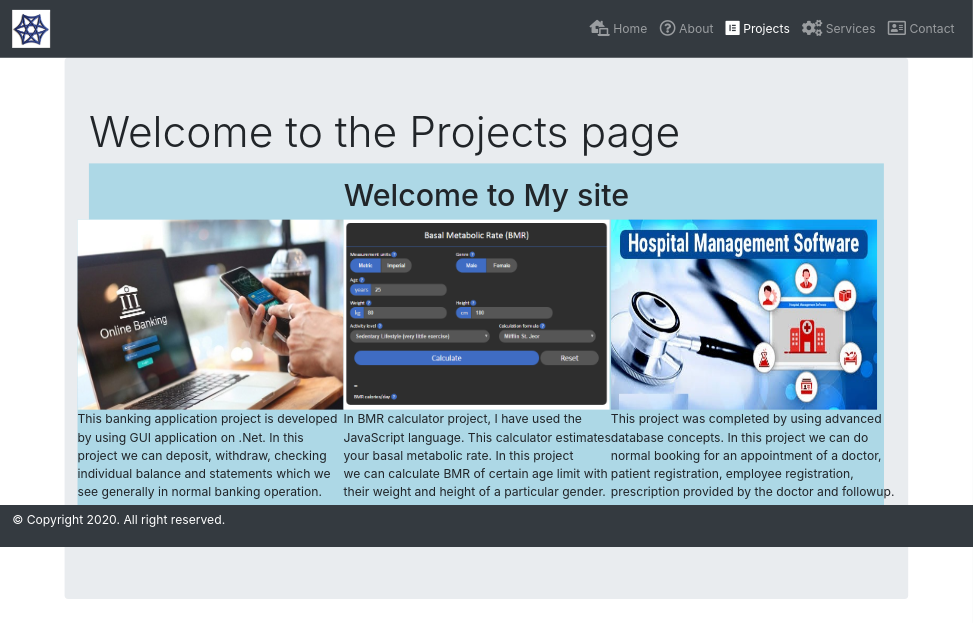
Repository: laxmangothe2020/COMP229Assignment
Page: http://localhost/projects
An editor plug-in stored every save of this project. The page is shown before and after the next save, followed by the edit.
The browser window is 1280 px wide. The pictures show the whole page, at 76% of full size.
The page is served by the project's Node server (server.js). Other server files are loaded and not shown.

Above is the page before, as saved 2021-02-11 18:25:35.

### views/index.ejs

<%- include partials/header.ejs %>

   <%- include partials/main_nav.ejs %>

      <!-- Main Contain -->
   <main class="container">
    <div class="jumbotron">
    <h1 class="display-4"> Welcome to the <%= title %> page </h1>
    <!--Using Switch case all infornation passed through here-->
      <% switch (title) {
        case 'Home' : %>
        <%- include partials/home.ejs %>
                <% break;

        case 'About' : %>
        <%- include partials/about.ejs %>
                <% break;

        case 'Projects' : %>
        <%- include partials/projects.ejs %>
                <% break;

        case 'Services' : %>
        <%- include partials/services.ejs %>
                <% break;

        case 'Contact' : %>
        <%- include partials/contact.ejs %>
              <% break;
       } %>
      <hr class="my-4">
    </div>
  </main>

   <%- include partials/bottom_nav.ejs %>


    <%- include partials/footer.ejs %>

### views/partials/header.ejs

<!DOCTYPE html>
<html lang="en">
  <head>
   <meta charset="UTF-8">
   <meta name="viewport" content="with=device-width, initial-scale=1.0">
    <title><%= title %></title>

  <!-- CSS Section-->
  <link rel="stylesheet" href="/bootstrap/dist/css/bootstrap.min.css">
  <link rel="stylesheet" href="/@fortawesome/fontawesome-free/css/all.min.css">
  <link rel='stylesheet' href='/Content/app.css'/>

</head>
<body>

### views/partials/main_nav.ejs
<!-- Main Navigation -->
   <nav class="navbar navbar-expand-lg navbar-dark bg-dark">
      <a class="navbar-brand" href="/"><img src="./Assets/images/hexagon.jpg" alt="Hexagon picture" width="50" height="50"></a>
      <button class="navbar-toggler" type="button" data-toggle="collapse" data-target="#navbarSupportedContent" aria-controls="navbarSupportedContent" aria-expanded="false" aria-label="Toggle navigation">
       <span class="navbar-toggler-icon"></span>
     </button>

     <div class="collapse navbar-collapse" id="navbarSupportedContent">
        <ul class="navbar-nav ml-auto">

          <% if (title == "Home") { %>
        <li class="nav-item active">
        <% } else { %>
        <li class="nav-item">
        <% } %>
          <a class="nav-link" href="/home"><i class="fas fa-lg fa-laptop-house"></i> Home </a>
        </li>

        <% if (title == "About") { %>
          <li class="nav-item active">
          <% } else { %>
          <li class="nav-item">
          <% } %>
        <a class="nav-link" href="/about"><i class="far fa-lg fa-question-circle"></i> About </a>
        </li>

        <% if (title == "Projects") { %>
          <li class="nav-item active">
          <% } else { %>
          <li class="nav-item">
          <% } %>
        <a class="nav-link" href="/projects"><i class="fab fa-lg fa-elementor"></i> Projects </a>
        </li>

        <% if (title == "Services") { %>
          <li class="nav-item active">
          <% } else { %>
          <li class="nav-item">
          <% } %>
        <a class="nav-link" href="/services"><i class="fas fa-lg fa-cogs"></i> Services </a>
        </li>

        <% if (title == "Contact") { %>
          <li class="nav-item active">
          <% } else { %>
          <li class="nav-item">
          <% } %>
        <a class="nav-link" href="/contact"><i class="far fa-lg fa-address-card"></i> Contact </a>

        </li>

      </div>
    </nav>

### views/partials/home.ejs
<body>


   <div style="background-color: lightblue;margin-bottom: 10px">
                    <h3 style="padding-left: 40px;padding-top:10px;color: #AA7439"><h1 style="text-align:center;">Welcome to My site</h1>
                    <div style="width: 100%;height:100%;background-color:lightblue;">
                        <img src="./Assets/images/homeimg.png" alt="3D Picture" width="450" style="float: right;margin-left: 20px;margin-right:20px;">
                       <p style="padding-left:15px; padding-right: 10px; color:#696969;margin:20px;text-align: justify;line-height:1.7;padding-bottom: 20px;">

                           Your new MyWebsite Now is here! Let's build and publish your website together. We developed this series of help articles to introduce you to the basic functions of web design with your MyWebsite Now.Our industry software experts have years of experience building business automation web solutions for a number of verticals. We use custom APIs and our mastery of web services to build web-based automation services for applications like inventory control, digital marketing and customer relationship management.
                           <br> <br><b> MISSION STATEMENT </b><br><br>
                            My mission is to have a successful careers in software engineering and graduate education with a thorough understanding of software engineering and experiential learning opportunities to apply that knowledge to solve real-world problems.
                                 </p>

                    </div>
                </div>
        <p>
         <h5 style="text-align:center;"><a href="/about"> About Page</a></h5>
        </p>
                <div >
                <div class="social" style="float:left;clear:none;float: right;">

                   <img src="./Assets/images/fbcolor.png">

                   <img src="./Assets/images/InstaColor.png">

                    <img src="./Assets/images/twitterColor.png">
                    <img src="./Assets/images/gPlusColor.png">
            </div>
            </div>

</body>

### views/partials/about.ejs

         <div id="contentEditable">


                    <div style="background-color: lightblue;">
                        <h3 style="padding-left: 40px;padding-top:20px;color: #AA7439"><h3 style="text-align:center;"> About Me </h3>
                        <div style="width: 100%;height:100%;background-color:lightblue;">
                            <img src="./Assets/images/laxman.jpeg" alt="Security for Life" width="300" style="float: right;margin-left: 30px;margin-right:30px">
                           <p style="padding-left:15px; padding-right: 10px; color:#696969;margin:20px;text-align: justify;line-height:1.7;padding-bottom: 20px;">
                             Hello, my name is Laxman Gothe. Currently, I am a student of Software Engineering Technology in the 3rd semester. I am from Nepal. I believe that learning never ends. I love hiking, rafting, and traveling to new places in my free time.
                             <br>
                             <br>
                             Regarding to my education, I had completed a bachlor's degree in Electronics and Communication Engineering fro Tribhuvan University, Nepal.
                             <br>
                             <br>
                             I had enrolled in Software Engineering Technology at Centennial College to a software developer and currently I am enrolled in 3rd semester. Software technology is my first subject that I am taking in Canada and I am enjoying it as it is my part of interest too.
                             <br>
                             <br>
                             Thank You
                             <br>
                             <br>
                             With Regards
                             <br>
                             <br>
                             Laxman Gothe
                             <br>
                             <br>
                             301102988

                           </p>
                       </div>


                    </div>
        </div>
<p>
<h5 style="text-align:center;"><a href="/public/PDF/resume.pdf"> Resume </a></h5>
</p>

### views/partials/projects.ejs

 <div style="background-color: lightblue;margin-bottom: 15px">
                    <h3 style="padding-left: 40px;padding-top:10px;color: #AA7439"><h1 style="text-align:center;">Welcome to My site</h1>
                    <div style="width: 100%;height:100%;background-color:lightblue;">
  <div id="contentEditable">

      <div class="row">
       <div class="column">
        <div style="width: 100%;height:100%;background-color:lightblue;">
           <img src="./Assets/images/banking.jpg" width="350" height="250">
        <p> This banking application project is developed<br>
            by using GUI application on .Net. In this  <br>
            project we can deposit, withdraw, checking<br>
            individual balance and statements which we <br>
            see generally in normal banking operation.</p>
      </div>
    </div>

     <div class="column">
          <img src="./Assets/images/bmr.png" width="350" height="250" >
        <p> In BMR calculator project, I have used the<br>
            JavaScript language. This calculator estimates <br>
            your basal metabolic rate. In this project <br>
            we can calculate BMR of certain age limit with <br>
            their weight and height of a particular gender.</p>
      </div>
    <div class="column">
           <img src="./Assets/images/hospital.jpg" width="350" height="250" >
        <p> This project was completed by using advanced<br>
            database concepts. In this project we can do <br>
            normal booking for an appointment of a doctor,<br>
            patient registration, employee registration,<br>
            prescription provided by the doctor and followup.</p>
     </div>
  </div>
 </div>
 </div>
 </div>

### views/partials/services.ejs


<div class="row">
    <div class="column">
        <img src="./Assets/images/mobile.jpg" width="350" height="250" >
    </div>
    <div class="column">
        <img src="./Assets/images/game.jpg" width="350" height="250" >
    </div>
    <div class="column">
        <img src="./Assets/images/quality.jpg" width="350" height="250" >
    </div>
    <br><p><b>Services we provides are:</b></p><br>
    <br><ul style="list-style-image:url(images/bullet.png);">
    <li>Mobile Development  📱</li>
    <li>Game Development  🎮</li>
    <li>Quality Assurance  🎖️</li>
    <li>Website Design  🌐</li>
    <li>Technical Support  ♻️</li>
    </ul>
</div>

### views/partials/contact.ejs
<body>
 <div style="background-color: lightblue;margin-bottom: 10px">
                    <h3 style="padding-left: 40px;padding-top:10px;color: #AA7439"><h1 style="text-align:center;">Welcome to My site</h1>
                    <div style="width: 100%;height:100%;background-color:lightblue;">
<div class="container">
    <h5 class="display-5">Please Fillup the following details</h5>
    <div id="errorMessage" class="alert alert-danger" role="alert" hidden>

    </div>
    <hr>
    <form id="conactForm">
      <div class="form-group">
        <label for="firstName">First Name</label>
        <input type="text" class="form-control" id="firstName" name="firstName" aria-describedby="firstName"
        placeholder="Enter First Name" required autofocus>
      </div>

      <div class="form-group">
        <label for="lastName">Last Name</label>
        <input type="text" class="form-control" id="lastName" name="lastName" aria-describedby="lastName"
        placeholder="Enter Last Name" required>
      </div>

      <div class="form-group">
        <label for="contactNumber">Contact Number</label>
        <input type="tel" class="form-control" id="contactNumber" name="contactNumber" aria-describedby="contactNumber"
        placeholder="Enter Contact Number" required>
      </div>

      <div class="form-group">
        <label for="emailAddress">Email address</label>
        <input type="email" class="form-control" id="emailAddress" name="emailAddress" aria-describedby="emailAddress"
        placeholder="Enter Email" required>
      </div>

      <div class="form-group">
        <label for="shortMessage">Your Message</label>
        <textarea class="form-control" id="shortMessage"  name="shortMessage" rows="3" aria-describedby="shortMessage" placeholder="--If you have Short message, please write here--" required></textarea></textarea>
      </div>

      <button type="button" class="btn btn-outline-success">Submit</button></a>
      <!--<button id="submitButton" type="submit" class="btn btn-primary btn-lg"><i class="fas fa-share-square"></i> Send</button> -->
      <button type="button" class="btn btn-outline-danger">Cancel</button>
    </form>
  </div>
  </div>
  </div>
  </body>

### views/partials/bottom_nav.ejs
<!-- Bottom Nav -->

    <footer>

       <nav class="navbar fixed-bottom navbar-dark bg-dark">
           <p style="color:white;">&copy; Copyright 2020. All right reserved.</p>
       </nav>

    </footer>

### views/partials/footer.ejs
<!-- Script Section-->
    <script src="/jquery/dist/jquery.min.js"></script>
    <script src="/bootstrap/dist/js/bootstrap.min.js"></script>
    <script src="/Scripts/app.js"></script>
 </body>
</html>

### server.js
#!/usr/bin/env node

/**
 * Module dependencies.
 */

let app = require('./app');
let debug = require('debug')('week4:server');
let http = require('http');

/**
 * Get port from environment and store in Express.
 */

let port = normalizePort(process.env.PORT || '3000');
app.set('port', port);

/**
 * Create HTTP server.
 */

let server = http.createServer(app);

/**
 * Listen on provided port, on all network interfaces.
 */

server.listen(port);
server.on('error', onError);
server.on('listening', onListening);

/**
 * Normalize a port into a number, string, or false.
 */

function normalizePort(val) {
  let port = parseInt(val, 10);

  if (isNaN(port)) {
    // named pipe
    return val;
  }

  if (port >= 0) {
    // port number
    return port;
  }

  return false;
}

/**
 * Event listener for HTTP server "error" event.
 */

function onError(error) {
  if (error.syscall !== 'listen') {
    throw error;
  }

  let bind = typeof port === 'string'
    ? 'Pipe ' + port
    : 'Port ' + port;

  // handle specific listen errors with friendly messages
  switch (error.code) {
    case 'EACCES':
      console.error(bind + ' requires elevated privileges');
      process.exit(1);
      break;
    case 'EADDRINUSE':
      console.error(bind + ' is already in use');
      process.exit(1);
      break;
    default:
      throw error;
  }
}

/**
 * Event listener for HTTP server "listening" event.
 */

function onListening() {
  let addr = server.address();
  let bind = typeof addr === 'string'
    ? 'pipe ' + addr
    : 'port ' + addr.port;
  debug('Listening on ' + bind);
}

### routes/index.js
var express = require('express');
var router = express.Router();

/* GET home page. */
router.get('/', function(req, res, next) {
  res.render('index', { title: 'Home'});
});

/* GET home page. */
router.get('/home', function(req, res, next) {
  res.render('index', { title: 'Home'});
});

/* GET About page. */
router.get('/about', function(req, res, next) {
  res.render('index', { title: 'About'});
});

/* GET Products page. */
router.get('/projects', function(req, res, next) {
  res.render('index', { title: 'Projects'});
});

/* GET Services page. */
router.get('/services', function(req, res, next) {
  res.render('index', { title: 'Services'});
});


/* GET Contact us page. */
router.get('/contact', function(req, res, next) {
  res.render('index', { title: 'Contact'});
});

module.exports = router;

### app.js
//installed third party packages
let createError = require('http-errors');
let express = require('express');
let path = require('path');
let cookieParser = require('cookie-parser');
let logger = require('morgan');

let indexRouter = require('./routes/index');
let usersRouter = require('./routes/users');

let app = express();

// view engine setup
app.set('views', path.join(__dirname, 'views'));
app.set('view engine', 'ejs');

app.use(logger('dev'));
app.use(express.json());
app.use(express.urlencoded({ extended: false }));
app.use(cookieParser());
app.use(express.static(path.join(__dirname, 'public')));
app.use(express.static(path.join(__dirname, 'node_modules')));

app.use('/', indexRouter);
app.use('/users', usersRouter);
app.use('/public/images', express.static('./public/images') ) ;
app.use('/public/PDF', express.static('./public/PDF'));
app.use('/views/partials', express.static('./views/partials'));


// catch 404 and forward to error handler
app.use(function(req, res, next) {
  next(createError(404));
});

// error handler
app.use(function(err, req, res, next) {
  // set locals, only providing error in development
  res.locals.message = err.message;
  res.locals.error = req.app.get('env') === 'development' ? err : {};

  // render the error page
  res.status(err.status || 500);
  res.render('error');
  res.render('error', {title: 'Error'});
});

module.exports = app;

### public/Content/app.css
/* Custom CSS goes here */

### public/Scripts/app.js
// IIFE
(function(){
    function start()
    {
        console.log("App started...")
    }
    window.addEventListener("load", start);

})();

After the next save:
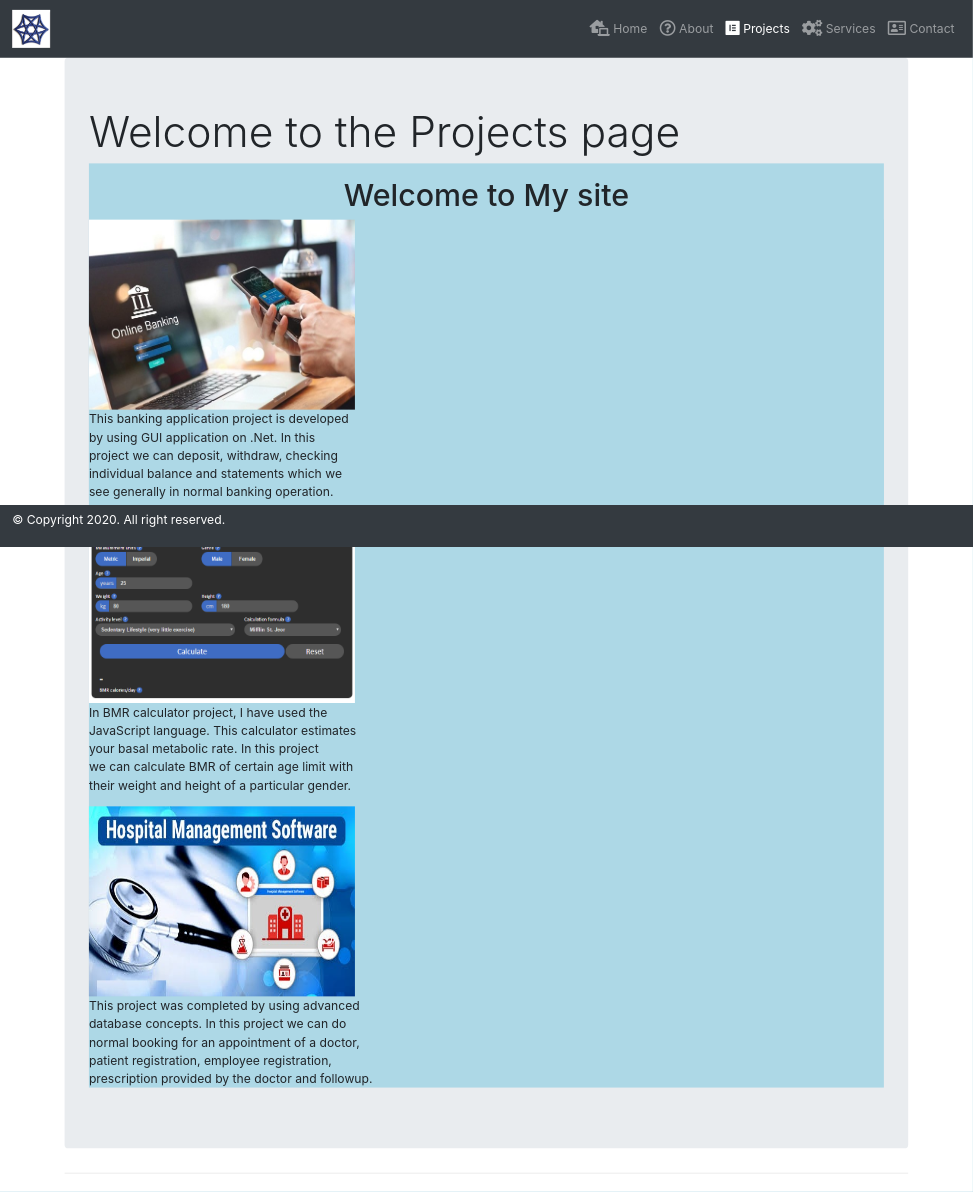
Saved 57 s later.
--- a/views/partials/projects.ejs
+++ b/views/partials/projects.ejs
@@ -4,9 +4,8 @@
                     <div style="width: 100%;height:100%;background-color:lightblue;">
   <div id="contentEditable">
 
-      <div class="row">
-       <div class="column">
-        <div style="width: 100%;height:100%;background-color:lightblue;">
+
+
            <img src="./Assets/images/banking.jpg" width="350" height="250">
         <p> This banking application project is developed<br>
             by using GUI application on .Net. In this  <br>
@@ -34,5 +33,3 @@
      </div>
   </div>
  </div>
- </div>
- </div>
